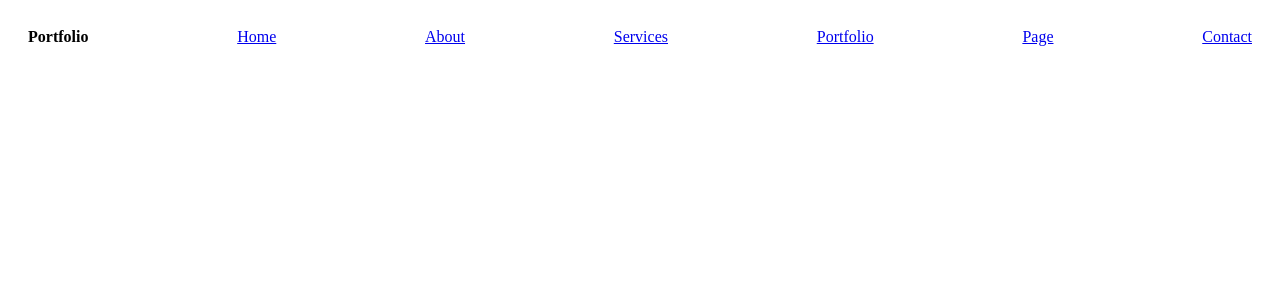
Repository: Tobby004/bdc_task_1
Page: index.html
The author's editor kept a copy of each file at every save. The page is drawn from the files as they stood at one save, then again after the next save.
The browser window is 1280 px wide. The pictures show the whole page.

Above is the page before, as saved 2023-02-18 23:20:25.

After the next save:
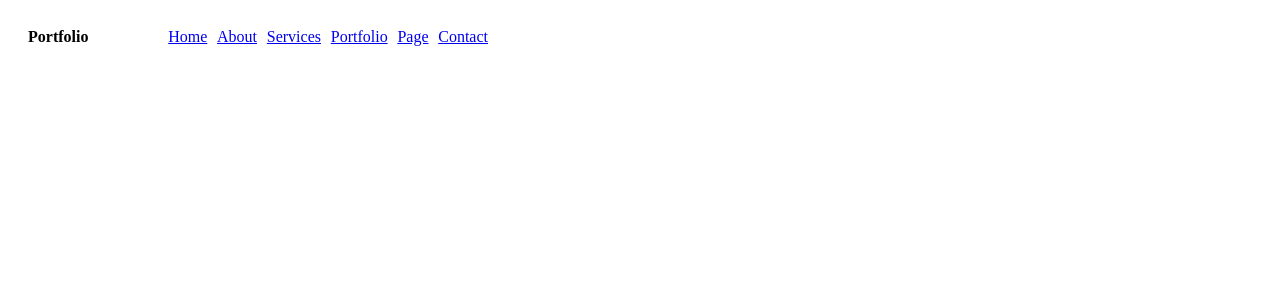
Saved 99 s later.
--- a/task.css
+++ b/task.css
@@ -5,5 +5,9 @@
     display: flex;
     justify-content: space-between;
     padding: 20px;
-
+    max-width: 500px;
 }
+header b {
+    display: flex;
+    margin-right: 70px;
+}
